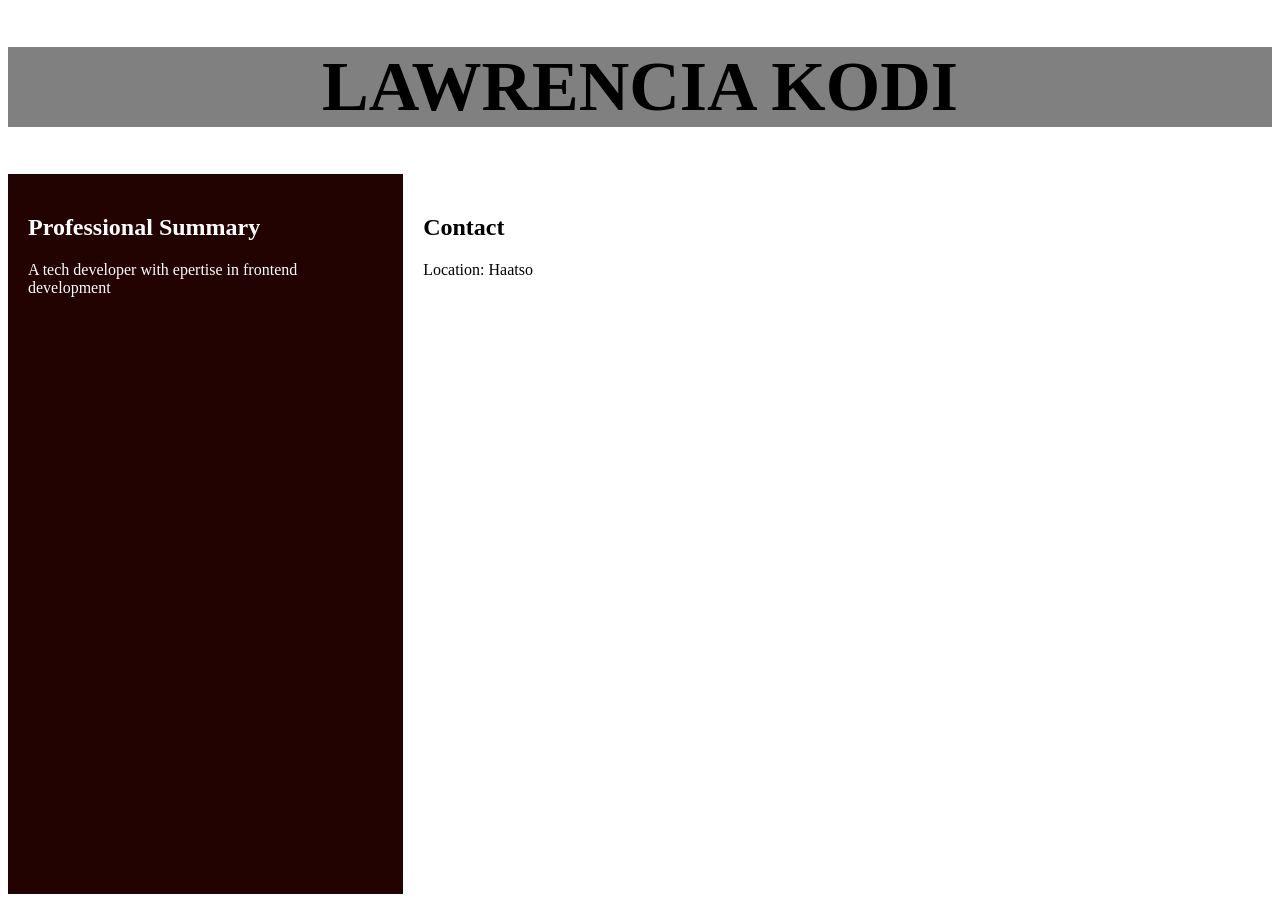
Repository: lawrencia-coder/T4G_CV
Page: index.html
The author's editor kept a copy of each file at every save. The page is drawn from the files as they stood at one save, then again after the next save.
The browser window is 1280 px wide. The pictures show the whole page.
Some web libraries are served in a nearby version.

Above is the page before, as saved 2026-07-09 07:30:03.

### index.html
<!DOCTYPE html>
<html lang="en">
<head>
    <meta charset="UTF-8">
    <meta name="viewport" content="width=device-width, initial-scale=1.0">
    <script src="https://kit.fontawesome.com/c72fc9c022.js" crossorigin="anonymous"></script>
    <title>T4G_CV</title>
    <link rel="stylesheet" href="style.css">
</head>
<body>
    <h1>LAWRENCIA KODI</h1>
    <div class="cv-container">
        <div class="left-column">
            <h2>Professional Summary</h2>
              <p>A tech developer with epertise in frontend development</p>
        </div>
         <div class="right-column">
             <h2> Contact</h2>
              <p>Location: Haatso</p>
         </div>
    </div>

</body>
</html>

### style.css
/* working on my headings */
h1{
    text-align: center;
    background-color: grey;
    border-width: 60px;
    font-size: 70px;

}
.cv-container{
    display: flex;
    width: 100%;
    min-height: 100vh;
}

.left-column{
width: 30%;
background-color: rgb(35, 2, 2);
color: white;
padding: 20px;
}

.right-column{
    width: 70%;
    background-color: white;
    color: black;
    padding: 20px;
}

After the next save:
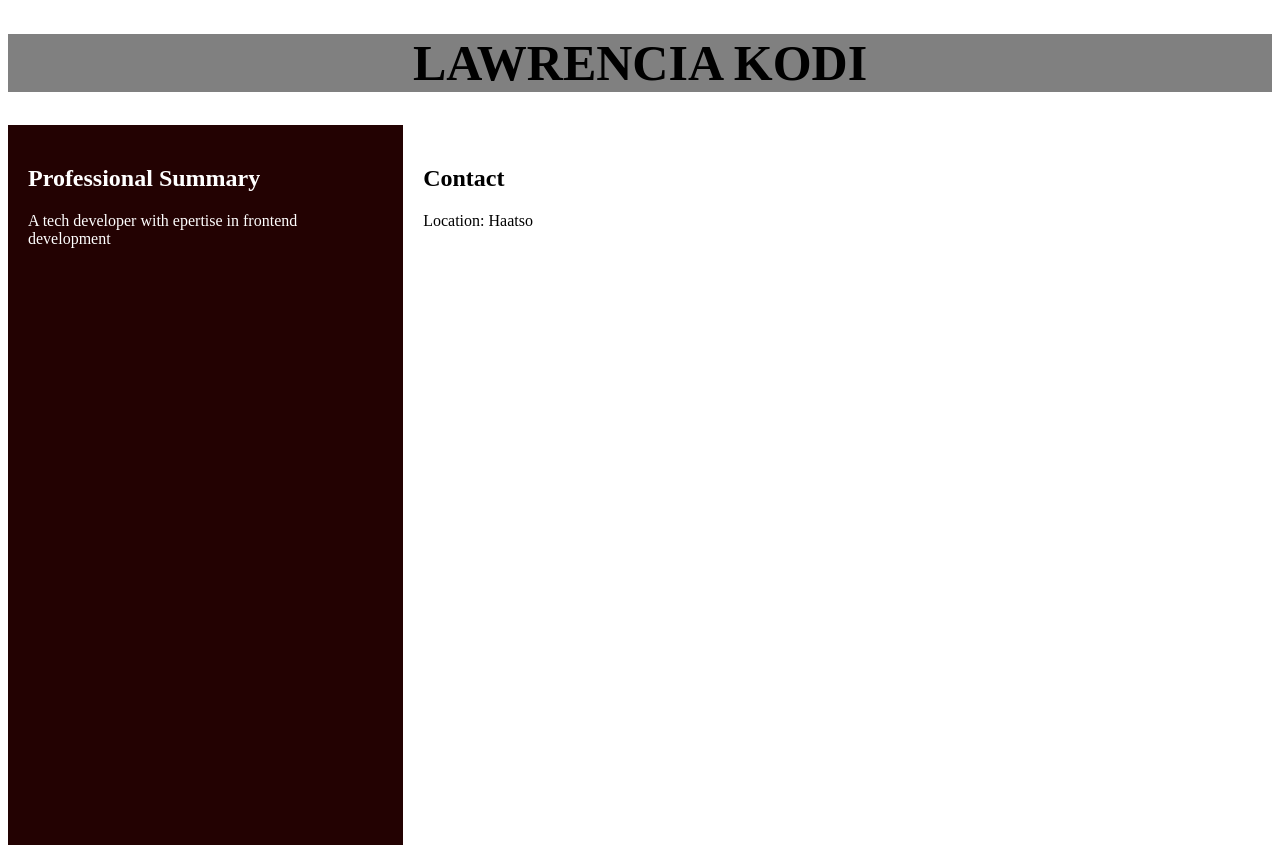
Saved 7 s later.
--- a/style.css
+++ b/style.css
@@ -3,7 +3,7 @@ h1{
     text-align: center;
     background-color: grey;
     border-width: 60px;
-    font-size: 70px;
+    font-size: 50px;
 
 }
 .cv-container{
